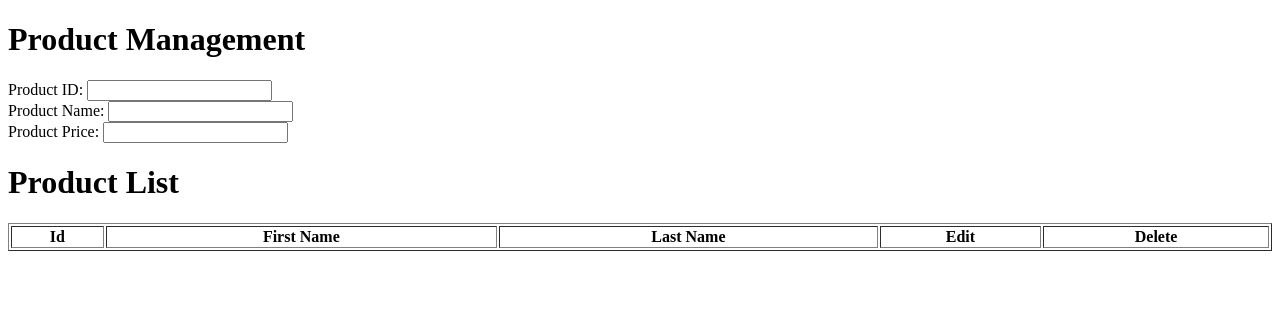
Repository: ngynmichael/Sept2022
Page: http://localhost/MVCCRUD/main.jsp
An editor plug-in stored every save of this project. The page is shown before and after the next save, followed by the edit.
The browser window is 1280 px wide. The pictures show the whole page.
The page is served by Tomcat 9. Other server files are loaded and not shown. Queries for data that is not in the repository find no rows.

Above is the page before, as saved 2022-10-04 19:23:07.

### Sept2022/MVCCRUD/src/main/webapp/main.jsp
<%@ page import="com.michael.model.*, java.util.*, java.sql.SQLException" language="java"
	contentType="text/html; charset=ISO-8859-1" pageEncoding="ISO-8859-1"%>
<!DOCTYPE html>
<html>
<head>
<meta charset="ISO-8859-1">
<title>Insert title here</title>
</head>
<body>
	<h1>Product Management</h1>
	<form action="AddProduct" method="post">
		Product ID: <input type="numeric" name="id"> <br>
		Product Name: <input type="text" name="name"> <br>
		Product Price: <input type="numeric" name="price"> <br>
	</form>
	<div>
	<%
		out.println("<h1>Product List</h1>");

		List<Product> list = null;
		try {
			list = ProductDAO.selectAllProducts();
		} catch (SQLException e1) {
			// TODO Auto-generated catch block
			e1.printStackTrace();
		}

		out.print("<table border='1' width='100%'");
		out.print("<tr><th>Id</th><th>First Name</th><th>Last Name</th><th>Edit</th><th>Delete</th></tr>");
		for (Product e : list) {
			out.print("<tr><td>" + e.getProductId() + "</td><td>" + e.getProductName() + "</td><td>" + e.getProductPrice()
					+ "</td> <td><a href='/edit?id=" + e.getProductId()
					+ "'>edit</a></td><td><a href='/delete?id=" + e.getProductId() + "'>delete</a></td></tr>");
		}
		out.print("</table>");

		out.close();
	%>
	</div>
</body>
</html>

### Sept2022/MVCCRUD/src/main/java/com/michael/model/ProductDAO.java
package com.michael.model;

import java.sql.Connection;
import java.sql.DatabaseMetaData;
import java.sql.DriverManager;
import java.sql.PreparedStatement;
import java.sql.ResultSet;
import java.sql.SQLException;
import java.util.*;

public class ProductDAO {
	private static String jdbcURL = "jdbc:mysql://localhost:3306/Sept2022";
	private static String jdbcUsername = "root";
	private static String jdbcPassword = "Wildpho159492";
	private static Connection jdbcConnection;
	private static final String INSERT_EMPLOYEES_SQL = "INSERT INTO product" + "  (id, name, price) VALUES "
			+ " (?, ?, ?);";
	private static final String SELECT_EMPLOYEE_BY_ID = "select id, name, price from product where id =?";
	private static final String SELECT_ALL_EMPLOYEES = "select * from product";
	private static final String DELETE_EMPLOYEES_SQL = "delete from product where id = ?;";
	private static final String UPDATE_EMPLOYEES_SQL = "update product set id = ?, name= ?, price = ? where id = ?;";

	public ProductDAO() {

	}

	protected static void connect() throws SQLException {
		if (jdbcConnection == null || jdbcConnection.isClosed()) {
			try {
				Class.forName("com.mysql.jdbc.Driver");
			} catch (ClassNotFoundException e) {
				throw new SQLException(e);
			}
			jdbcConnection = DriverManager.getConnection(jdbcURL, jdbcUsername, jdbcPassword);
		}
	}

	protected static void disconnect() throws SQLException {
		if (jdbcConnection == null || jdbcConnection.isClosed()) {
			jdbcConnection.close();
		}
	}

	public int insertProduct(Product product) throws SQLException {
		int status = 0;
		connect();
		PreparedStatement preparedStatement = jdbcConnection.prepareStatement(INSERT_EMPLOYEES_SQL);
		preparedStatement.setInt(1, product.getProductId());
		preparedStatement.setString(2, product.getProductName());
		preparedStatement.setFloat(3, product.getProductPrice());
		System.out.println(preparedStatement);
		status = preparedStatement.executeUpdate();
		System.out.println(status);
		return status;
	}

	public static Product selectProduct(int id) throws SQLException{
		Product product = new Product();
		connect();
		PreparedStatement preparedStatement = jdbcConnection.prepareStatement(SELECT_EMPLOYEE_BY_ID);
		preparedStatement.setInt(1, id);
		System.out.println(preparedStatement);
		ResultSet rs = preparedStatement.executeQuery();

		while (rs.next()) {
			int prodId = rs.getInt("id");
			String name = rs.getString("name");
			float price = rs.getFloat("price");
			product = new Product(prodId, name, price);
		}
		return product;
	}

	public static List<Product> selectAllProducts() throws SQLException {

		List<Product> product = new ArrayList<>();
		connect();

		PreparedStatement preparedStatement = jdbcConnection.prepareStatement(SELECT_ALL_EMPLOYEES);
		System.out.println(preparedStatement);
		ResultSet rs = preparedStatement.executeQuery();

		while (rs.next()) {
			int prodId = rs.getInt("id");
			String name = rs.getString("name");
			float price = rs.getFloat("price");
			product.add(new Product(prodId, name, price));
		}

		return product;
	}

	public static void deleteProduct(int id) throws SQLException {
		connect();
		PreparedStatement statement = jdbcConnection.prepareStatement(DELETE_EMPLOYEES_SQL);
		statement.setInt(1, id);
		statement.executeUpdate();
	}

	public static int updateProduct(Product product) throws SQLException {
		int status = 0;
		connect();
		PreparedStatement statement = jdbcConnection.prepareStatement(UPDATE_EMPLOYEES_SQL);
		statement.setInt(1, product.getProductId());
		statement.setString(2, product.getProductName());
		statement.setFloat(3, product.getProductPrice());
		statement.setInt(4, product.getProductId());

		status = statement.executeUpdate();
		return status;
	}
}

After the next save:
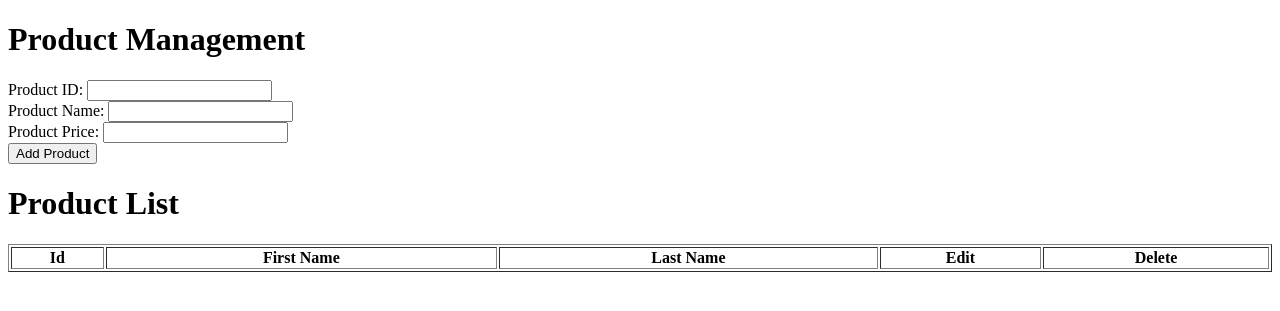
Saved 91 s later.
--- a/Sept2022/MVCCRUD/src/main/webapp/main.jsp
+++ b/Sept2022/MVCCRUD/src/main/webapp/main.jsp
@@ -12,6 +12,7 @@
 		Product ID: <input type="numeric" name="id"> <br>
 		Product Name: <input type="text" name="name"> <br>
 		Product Price: <input type="numeric" name="price"> <br>
+		<input type="submit" value="Add Product">
 	</form>
 	<div>
 	<%
